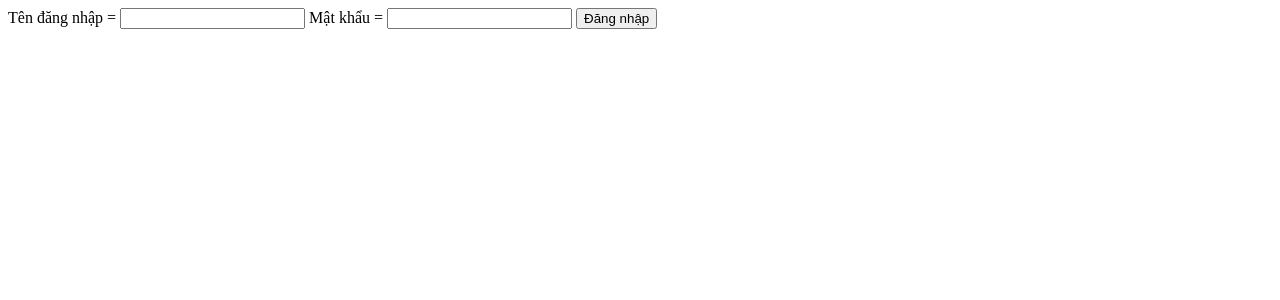
Repository: giakhiem2911/64131000_Web2
Page: Login/src/main/webapp/Login.html
The author's editor kept a copy of each file at every save. The page is drawn from the files as they stood at one save, then again after the next save.
The browser window is 1280 px wide. The pictures show the whole page.

Above is the page before, as saved 2025-02-21 04:17:34.

### Login/src/main/webapp/Login.html
<!DOCTYPE html>
<html>
<head>
<meta charset="UTF-8">
<title>Login</title>
</head>
<body>
	<form action="Login.jsp" method="post">
		Tên đăng nhập = <input type="text" name="ten">
		Mật khẩu = <input type="password" name="mk">
		<input type="submit" value="Đăng nhập">
	</form>
</body>
</html>

After the next save:
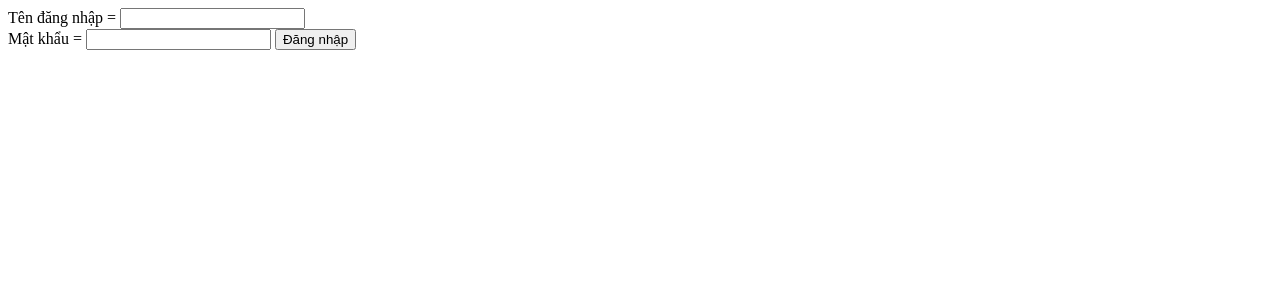
Saved 20 s later.
--- a/Login/src/main/webapp/Login.html
+++ b/Login/src/main/webapp/Login.html
@@ -6,7 +6,7 @@
 </head>
 <body>
 	<form action="Login.jsp" method="post">
-		Tên đăng nhập = <input type="text" name="ten">
+		Tên đăng nhập = <input type="text" name="ten"><br>
 		Mật khẩu = <input type="password" name="mk">
 		<input type="submit" value="Đăng nhập">
 	</form>
